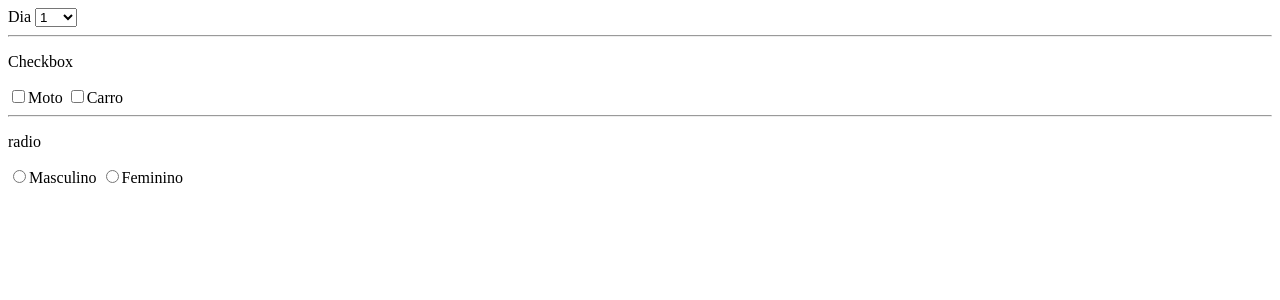
Repository: renatanohara/estudos
Page: CasaDoCodigo/seleniunWebDrive/aprendendo_selenium/src/main/java/comboDia.html
An editor plug-in stored every save of this project. The page is shown before and after the next save, followed by the edit.
The browser window is 1280 px wide. The pictures show the whole page.

Above is the page before, as saved 2025-08-13 00:48:38.

After the next save:
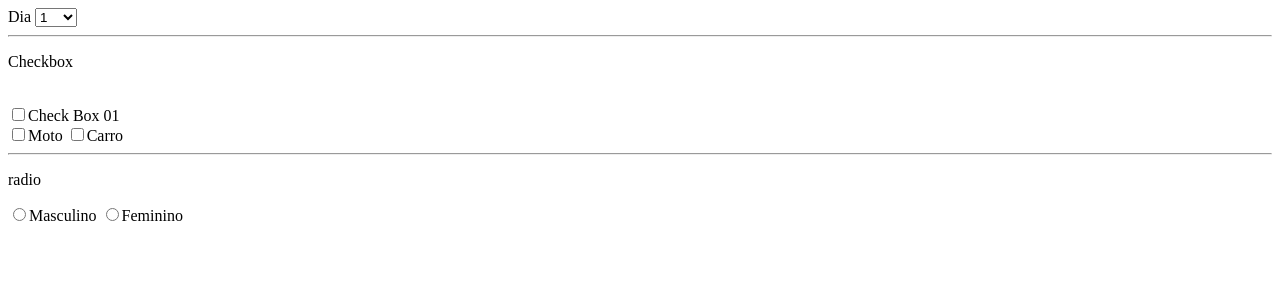
Saved 2 min 51 s later.
--- a/CasaDoCodigo/seleniunWebDrive/aprendendo_selenium/src/main/java/comboDia.html
+++ b/CasaDoCodigo/seleniunWebDrive/aprendendo_selenium/src/main/java/comboDia.html
@@ -19,6 +19,10 @@
 
 		<p>Checkbox</p>
 
+		<br>
+		<input type="checkbox" name="check01" value="check01">Check Box 01
+		<br>
+
 		<input type="checkbox" name="veiculo" value="moto">Moto
 		<input type="checkbox" name="veiculo" value="carro">Carro
 
